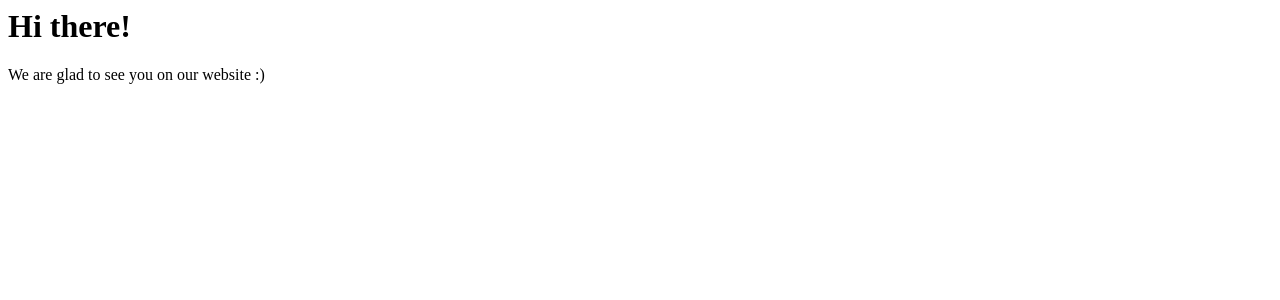
Repository: VikaChyhrynets/javascript
Page: index.html
The author's editor kept a copy of each file at every save. The page is drawn from the files as they stood at one save, then again after the next save.
The browser window is 1280 px wide. The pictures show the whole page.

Above is the page before, as saved 2023-06-20 18:19:26.

### index.html
<title>Homework 1</title>
</head>
<body>
    <h1>
        Hi there!
    </h1>
    <p>
        We are glad to see you on our website :)
    </p>
    <script src="js/script1.js"></script>
</body>
</html>

### default folder/script1.js
'use strict';
let a1 = 7+2;
let a2 = 7-3;
let a3 = 2*4;
let a4 = 4/2;

console.log(a1);
console.log(a2);
console.log(a3);
console.log(a4);

### JS/script.js
console.log(10);
alert(20);

let age = 29;
let user = "Vika";
let message = "Hello";
console.log(age);
console.log(user);
console.log(message);

var name = "Funtik";
name = "Basya"
console.log(name);

'use strict';
COLOR_RED = "f00";
let color = COLOR_RED;
console.log(color);

const city = "Bialystok";
console.log(city);

let Poland = "nice";

let n = 1;
n = 1.23;
console.log(1/0);
console.log(Infinity);
console.log(n);
console.log(Infinity/1);

let str1 = "Hello";
let str2 = 'Hi';
console.log(str1);

let dot;
console.log(dot);

typeof undefined // тип undefined
typeof 0         // number
typeof 10n       // bigint
typeof true      // boolean
typeof "Hello"   // String

typeof null      // object => error of JS

"use strict";
alert("hello");


"use strict";
// let result = prompt('Text');
let myAge = prompt("How old are you?", 28);
alert(`You are ${myAge} !`);

"use strict";
let result = confirm('question');


console.log(2*3);

let i = 2;
i = -2;
console.log(i);

let x = 2, y = 3;
console.log(x-y);

console.log(5%2);
console.log(2**3);
console.log(4**(1/2));
console.log(16**(1/2));
console.log(125**(1/3));

let text = "Vika" + " Chigrinets";
console.log(text);

let textNew = "Vika" + 28;
console.log(textNew);

let textNew1 = "Vika" + 28 + 1;
console.log(textNew1);

//BUT!!! ORDER AFFECTS:
let textNew2 = 28+1+"Vika"+" will be older in a week";
console.log(textNew2);

let magic = 3 * "2";
console.log(magic);


let a = 2;
console.log(+a);

let ab = -2;
console.log(+ab);

let abc = true;
console.log(+true);
let abcd = true;
console.log(-true);
let abce = true;
console.log(+false);
let abcf = true;
console.log(-false);


let ax = "1";
let ay = "2";
console.log(ax+ay);


let bx = "1";
let by = "2";
console.log(+bx + +by);

let ba = 1, bb = 2;
let c = 2 - (ba = bb+1);
console.log(ba);
console.log(c);


let n = 2;
n+=5; // n = n + 5
n*=2; // n = n * 2
console.log(n);

// right part always works first
let am = 3;
am*=3+5;
console.log(am);

let counter = 2;
counter ++;
console.log(counter);

// postfix form
let minimizer = 10;
minimizer --;
console.log(minimizer);


// prefix form
let minimizer1 = 10;
--minimizer1;
console.log(minimizer1);

let vicky = 28;
let updated = ++vicky;
console.log(updated);

let vicky1 = 28;
let updated1 = vicky1++;
console.log(updated1);

let www = 2;
console.log(2* ++www);

let vvv = 2;
console.log(2* vvv++);


let av = (1+2, 3+4);
console.log(av);

let currentUser = "null";
let defaultUser = "Andrey";
let name = currentUser || defaultUser || "unnamed";
console.log(name);


let xy;
true || (xy = 1);
console.log(xy);

console.log(true&&true);
console.log(false&&true);
console.log(true&&false);
console.log(false&&false);

let hour = 12;
let minute = 30;
if (hour == 12 && minute == 30) {
    console.log("It's 12:30 now");
}

console.log(!true);

// first ! makes value opposite, second ! returns initial value
console.log(!"text");
console.log(!!"text");

After the next save:
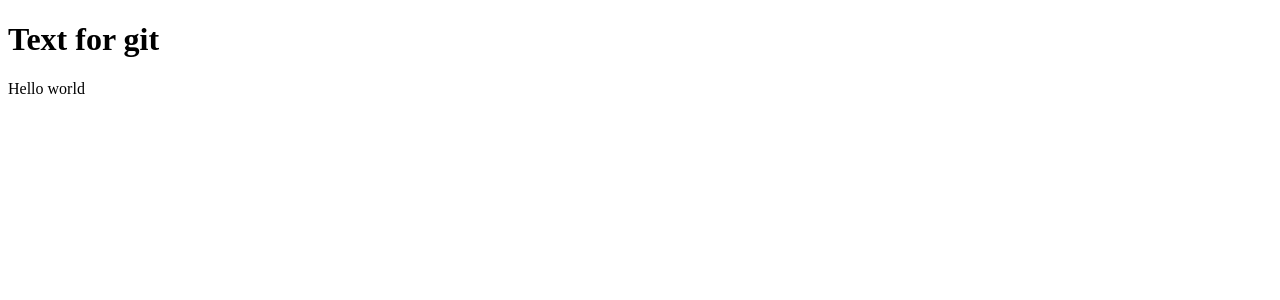
Console error: SyntaxError: Identifier 'n' has already been declared
Saved 46 s later.
--- a/index.html
+++ b/index.html
@@ -1,12 +1,18 @@
-<title>Homework 1</title>
+<!DOCTYPE html>
+<html lang="en">
+<head>
+    <meta charset="UTF-8">
+    <meta http-equiv="X-UA-Compatible" content="IE=edge">
+    <meta name="viewport" content="width=device-width, initial-scale=1.0">
+    <title>Lesson 1</title>
 </head>
 <body>
     <h1>
-        Hi there!
+        Text for git
     </h1>
     <p>
-        We are glad to see you on our website :)
+        Hello world
     </p>
-    <script src="js/script1.js"></script>
+    <script src="js/script.js"></script>
 </body>
 </html>
